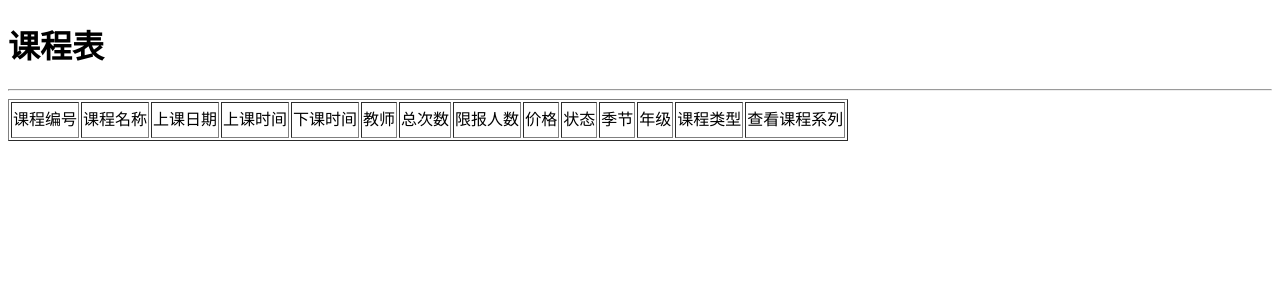
Repository: arkulo56/codeLibrary
Page: http://localhost/firstWeb/courseList.jsp
An editor plug-in stored every save of this project. The page is shown before and after the next save, followed by the edit.
The browser window is 1280 px wide. The pictures show the whole page.
The page is served by Tomcat 9. Other server files are loaded and not shown. Queries for data that is not in the repository find no rows.

Above is the page before, as saved 2016-04-23 03:23:18.

### java/firstWeb/WebContent/courseList.jsp
<%@page import="model.Course"%>
<%@page import="action.CourseAction"%>
<%@ page import="java.util.*" %>
<%@ page language="java" contentType="text/html; charset=UTF-8"
    pageEncoding="UTF-8"%>
<!DOCTYPE html PUBLIC "-//W3C//DTD HTML 4.01 Transitional//EN" "http://www.w3.org/TR/html4/loose.dtd">
<html>
<head>
<meta http-equiv="Content-Type" content="text/html; charset=UTF-8">
<title>课程表</title>
</head>
<body>
<h1>课程表</h1>
<style type="text/css">
td{line-height: 200%}
</style>
<hr>

<table border="1">
<tr>
<td>课程编号</td>
<td>课程名称</td>
<td>上课日期</td>
<td>上课时间</td>
<td>下课时间</td>
<td>教师</td>
<td>总次数</td>
<td>限报人数</td>
<td>价格</td>
<td>状态</td>
<td>季节</td>
<td>年级</td>
<td>课程类型</td>
<td>查看课程系列</td>
</tr>
<%
CourseAction ca = new CourseAction();
List wh = new ArrayList();
List<Course> res = ca.get(wh);
for(int i=0;i<res.size();i++)
{
	Course t = res.get(i);
%>
<tr>
<td><%=t.getId() %></td>
<td><%=t.getName() %></td>
<td><%=t.getClassDate() %></td>
<td><%=t.getStartTime() %></td>
<td><%=t.getEndTime() %></td>
<td><%=t.getTeacher() %></td>
<td><%=t.getClassNumber() %></td>
<td><%=t.getStudentNumber() %></td>
<td>¥<%=t.getPrice() %></td>
<td><%=t.getStatus() %></td>
<td><%=t.getSeason() %></td>
<td><%=t.getClassLevel() %></td>
<td><%=t.getClassGategory() %></td>
<td><a href="courseSeries.jsp?courseId=<%=t.getId() %>">查看课程系列</a></td>
</tr>





<%
}
%>
</table>
</body>
</html>

### java/firstWeb/src/action/CourseAction.java
package action;

import java.sql.SQLException;
import java.util.ArrayList;
import java.util.HashMap;
import java.util.List;
import java.util.Map;

import dao.CourseDao;
import model.Course;
import model.CourseSeries;
import model.CourseSeriesItem;

public class CourseAction {

	public boolean addNewCourse(Course cr) throws SQLException
	{
		//初始化action
		CourseSeriesAction csa = new CourseSeriesAction();
		CourseItemAction cia = new CourseItemAction();

		//读取冲突的课程
		List<Course> cst = this.get(cr);
		List<Integer> xx = new ArrayList();
		for(int i=0;i<cst.size();i++)
		{
			xx.add(cst.get(i).getId());
		}
		List<CourseSeriesItem> cs = cia.getCommon(cr, xx);//返回那些不能组合的seriesId

		//插入课程数据
		int courseId = this.addCourse(cr);
		cr.setId(courseId);

		//读取附表可以组合的系列
		List<Integer> ni = new ArrayList();
		for(int i=0;i<cs.size();i++)
		{
			ni.add(cs.get(i).getSeriesId());
		}
		List<CourseSeriesItem> csiRes = cia.get(cr, ni);

		//先添加一个单次的系列和item
		int courseSeriesId = this._setSeries(cr.getClassDate());
		this._setItem(cr.getClassDate(), cr.getId(), courseSeriesId);
		//循环添加
		for(int i=0;i<csiRes.size();i++)
		{
			//生成系列主表
			int csId = this._setSeries(cr.getClassDate());
			//查询系列附表的所有元素
			List<Map> wh = new ArrayList();
			Map m = new HashMap();
			m.put("pre", "and");
			m.put("field", "seriesId");
			m.put("relation", "=");
			m.put("value", csiRes.get(i).getSeriesId());
			wh.add(m);
			List<CourseSeriesItem> res = cia.getCommon(wh);
			//先录入一条自己
			this._setItem(cr.getClassDate(), cr.getId(), csId);
			for(int j=0;j<res.size();j++)
			{
				//重复录入取到的其他课程系列元素
				this._setItem(cr.getClassDate(), res.get(j).getCourseId(), csId);
			}
		}


		return true;
	}
	private int _setSeries(String dt) throws SQLException
	{
		//初始化action
		CourseSeriesAction csa = new CourseSeriesAction();
		//添加单独的一个系列主表
		CourseSeries newCsa = new CourseSeries();
		newCsa.setClassDate(dt);
		return csa.addSeries(newCsa);

	}
	private void _setItem(String dt,int courseId,int courseSeriesId) throws SQLException
	{
		CourseItemAction cia = new CourseItemAction();

		//添加单独的一个系列附表
		CourseSeriesItem csi = new CourseSeriesItem();
		csi.setClassDate(dt);
		csi.setCourseId(courseId);
		csi.setSeriesId(courseSeriesId);
		csi.setSortCourse(0);
		cia.addItem(csi);
	}



	//插入主表数据
	public int addCourse(Course cr) throws SQLException
	{
		CourseDao hd = new CourseDao();
		return hd.add(cr);
	}

	//查询冲突课程
	private List<Course> get(Course cr) throws SQLException
	{
		CourseDao hd = new CourseDao();
		List<Map> wh = new ArrayList();
		//开始时间小于当前课程结束时间
		Map k = new HashMap();
		k.put("pre", "and");
		k.put("field", "startTime");
		k.put("relation", "<");
		k.put("value", "'"+cr.getEndTime()+"'");
		wh.add(k);
		//结束时间大于当前课程开始时间
		Map e = new HashMap();
		e.put("pre", "and");
		e.put("field", "endTime");
		e.put("relation", ">");
		e.put("value", "'"+cr.getStartTime()+"'");
		wh.add(e);
		//开课日期相等
		Map ed = new HashMap();
		ed.put("pre", "and");
		ed.put("field", "classDate");
		ed.put("relation", "=");
		ed.put("value", "'"+cr.getClassDate()+"'");
		wh.add(ed);

		return hd.get(wh);
	}
	//普通查询
	public List<Course> get(List<Map> wh) throws SQLException
	{
		CourseDao hd = new CourseDao();
		return hd.get(wh);
	}

}

### java/firstWeb/src/dao/CourseDao.java
package dao;

import java.sql.Connection;
import java.sql.PreparedStatement;
import java.sql.ResultSet;
import java.sql.SQLException;
import java.sql.Statement;
import java.util.ArrayList;
import java.util.List;
import java.util.Map;

import db.MysqlDrive;
import model.Course;

public class CourseDao {
	private Connection con;
	private Statement st;
	//初始化
	public CourseDao()
	{
		con = MysqlDrive.getCon();
		try
		{
			st = con.createStatement();
		}catch(SQLException e)
		{
			System.out.println("statement初始化失败");
		}
	}
	//查询
	public List<Course> get(List<Map> wh) throws SQLException
	{
		String sql = "select * from course where 1=1";
		for(int i=0;i<wh.size();i++)
		{
			//System.out.println(wh.get(i).keySet());
			sql = sql+" "+wh.get(i).get("pre")+" "+wh.get(i).get("field")+wh.get(i).get("relation")+wh.get(i).get("value");
		}
		//System.out.println(sql);
		ResultSet res = st.executeQuery(sql);
		List<Course> r = new ArrayList();
		while(res.next())
		{
			Course n = new Course();
			n.setId(res.getInt("id"));
			n.setName(res.getString("name"));
			n.setClassDate(res.getString("classDate"));
			n.setStartTime(res.getString("startTime"));
			n.setEndTime(res.getString("endTime"));
			n.setTeacher(res.getString("teacher"));
			n.setClassNumber(res.getInt("classNumber"));
			n.setStudentNumber(res.getInt("studentNumber"));
			n.setPrice(res.getFloat("price"));
			n.setStatus(res.getInt("status"));
			n.setSeason(res.getString("season"));
			n.setClassLevel(res.getInt("classLevel"));
			n.setClassGategory(res.getInt("classGategory"));

			r.add(n);
		}
		return r;
	}
	//添加
	public int add(Course nc) throws SQLException
	{
		String sql = "insert into course values(null,?,?,?,?,?,?,?,?,?,?,?,?)";
		PreparedStatement pst = con.prepareStatement(sql,Statement.RETURN_GENERATED_KEYS);
		pst.setString(1, nc.getName());
		pst.setString(2, nc.getClassDate());
		pst.setString(3, nc.getStartTime());
		pst.setString(4, nc.getEndTime());
		pst.setString(5, nc.getTeacher());
		pst.setInt(6, nc.getClassNumber());
		pst.setInt(7, nc.getStudentNumber());
		pst.setFloat(8, nc.getPrice());
		pst.setInt(9, nc.getStatus());
		pst.setString(10, nc.getSeason());
		pst.setInt(11, nc.getClassLevel());
		pst.setInt(12, nc.getClassGategory());

		pst.executeUpdate();
		ResultSet res = pst.getGeneratedKeys();
		if(res.next())
		{
			return res.getInt(1);
		}
		return 0;
	}

//	public boolean del(int id)
//	{
//
//	}
//
}

### java/firstWeb/src/db/MysqlDrive.java
package db;

import java.sql.Connection;
import java.sql.DriverManager;
import java.sql.ResultSet;
import java.sql.SQLException;
import java.sql.Statement;

public class MysqlDrive {
	private static String url = "jdbc:mysql://192.168.99.100:3306/course?useUnicode=true&characterEncoding=utf8&useSSL=false";
	private static String use = "root";
	private static String passwd = "123456";
	private static Connection con = null;

	static{
		try{
			//step1:动态加载驱动
			Class.forName("com.mysql.jdbc.Driver");
			//step2:连接数据库
			con = DriverManager.getConnection(url, use, passwd);
		}catch(ClassNotFoundException e)
		{
			System.out.println("加载mysql驱动失败");
		}catch(SQLException e)
		{
			System.out.println("连接数据库失败");
		}
	}

	public static Connection getCon()
	{
		return con;
	}

}

After the next save:
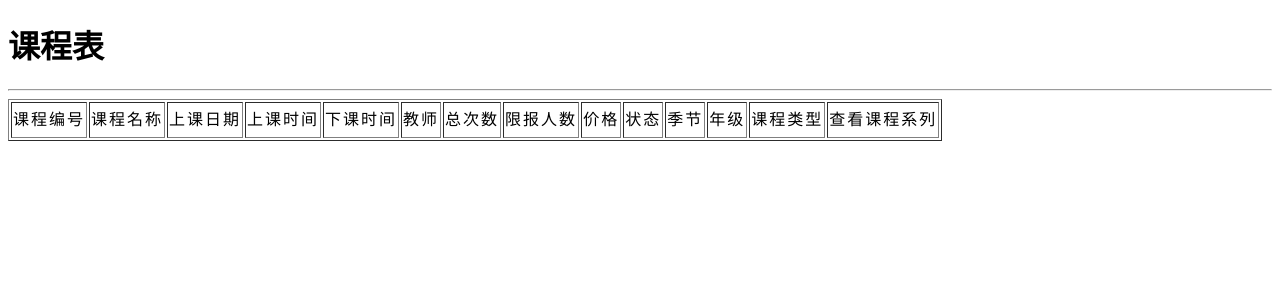
Saved 2 min 6 s later.
--- a/java/firstWeb/WebContent/courseList.jsp
+++ b/java/firstWeb/WebContent/courseList.jsp
@@ -13,6 +13,7 @@
 <h1>课程表</h1>
 <style type="text/css">
 td{line-height: 200%}
+td{letter-spacing: 2px}
 </style>
 <hr>
 

After the 3 saves that followed:
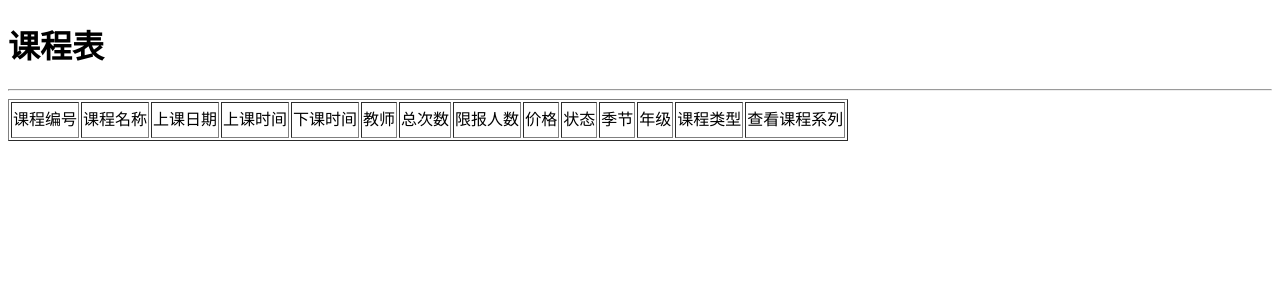
The 3 saves are shown as one change because 2 left the picture as it was.
The last was saved 39 s later.
--- a/java/firstWeb/WebContent/courseList.jsp
+++ b/java/firstWeb/WebContent/courseList.jsp
@@ -13,7 +13,6 @@
 <h1>课程表</h1>
 <style type="text/css">
 td{line-height: 200%}
-td{letter-spacing: 2px}
 </style>
 <hr>
 
